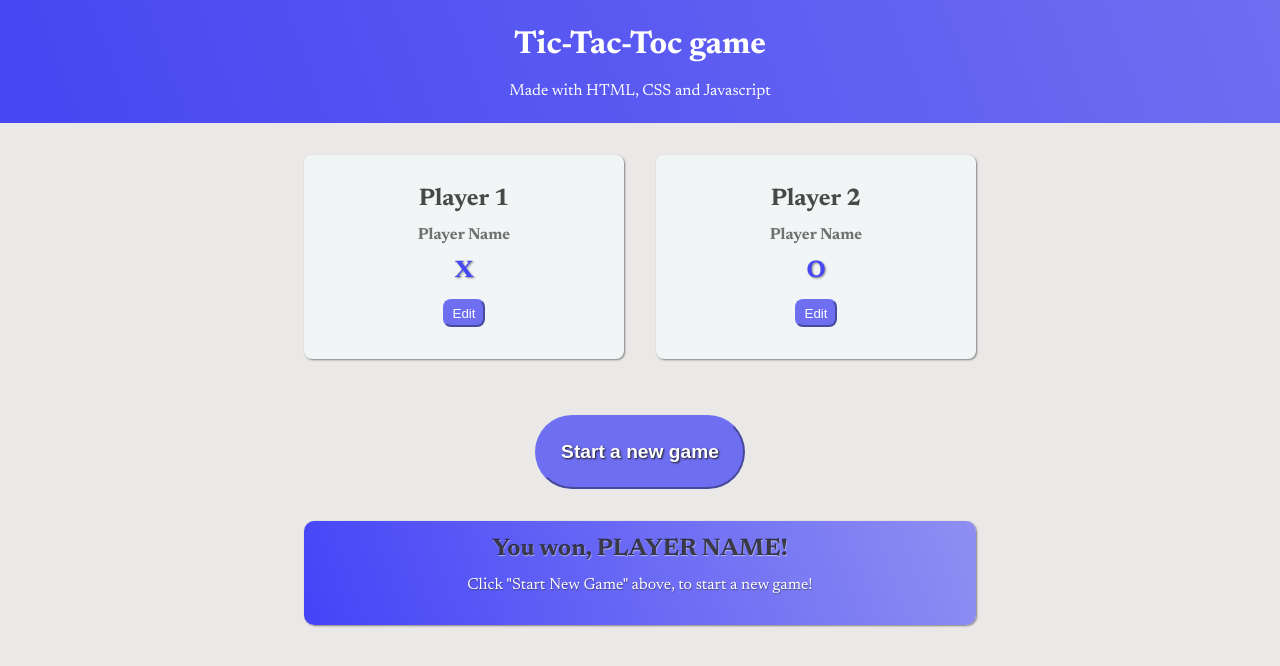
Repository: MicTomm/Tic-tac-toe-game
Page: index.html
These files come from the project's save history. The page is drawn as it stood at one moment and after the next save; the edit follows.
The browser window is 1280 px wide. The pictures show the whole page.

Above is the page before, as saved 2023-06-25 14:09:52.

After the next save:
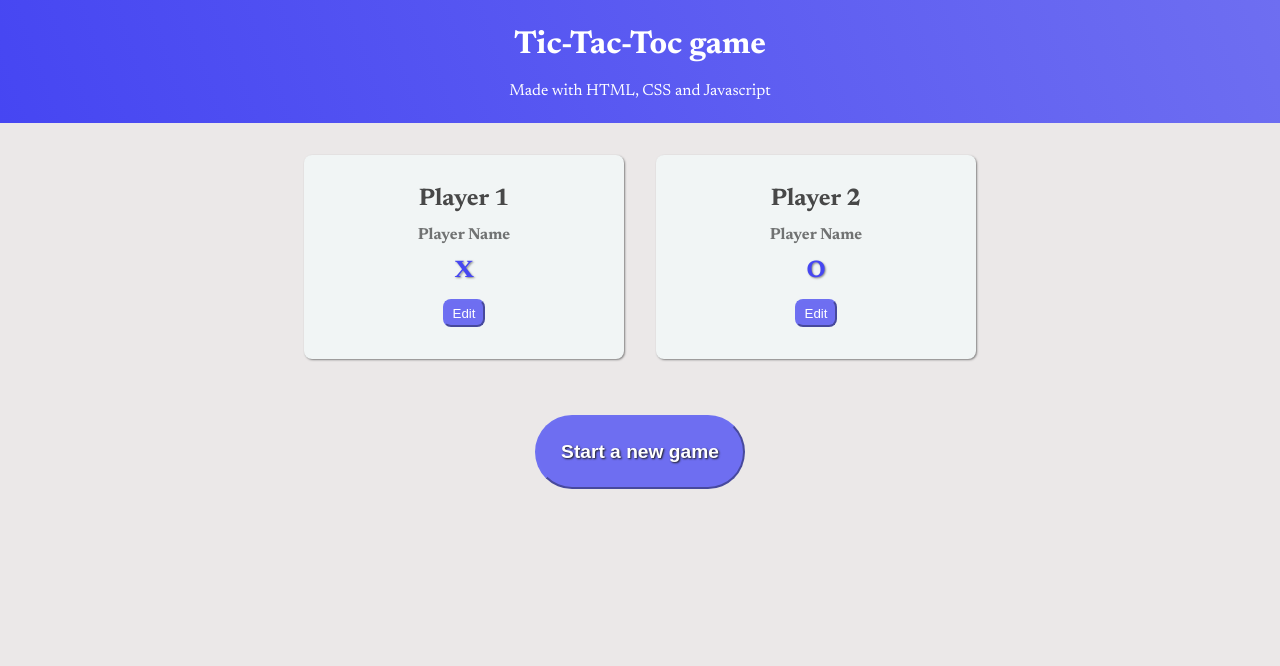
Saved 3 min 44 s later.
--- a/styles/game-execution.css
+++ b/styles/game-execution.css
@@ -6,6 +6,7 @@
 }
 
 #game-over{
+    display: none;
     margin: 0rem auto;
     padding: 1rem;
     background: linear-gradient(70deg, rgb(68, 68, 248), rgb(143, 143, 242));
@@ -18,6 +19,10 @@
     color: white;
     text-shadow: .5px .5px 1px rgb(27, 27, 27, 0.5);
     font-weight: 400;
+}
+
+.game-over{
+    display: block;
 }
 
 #p-turn{
